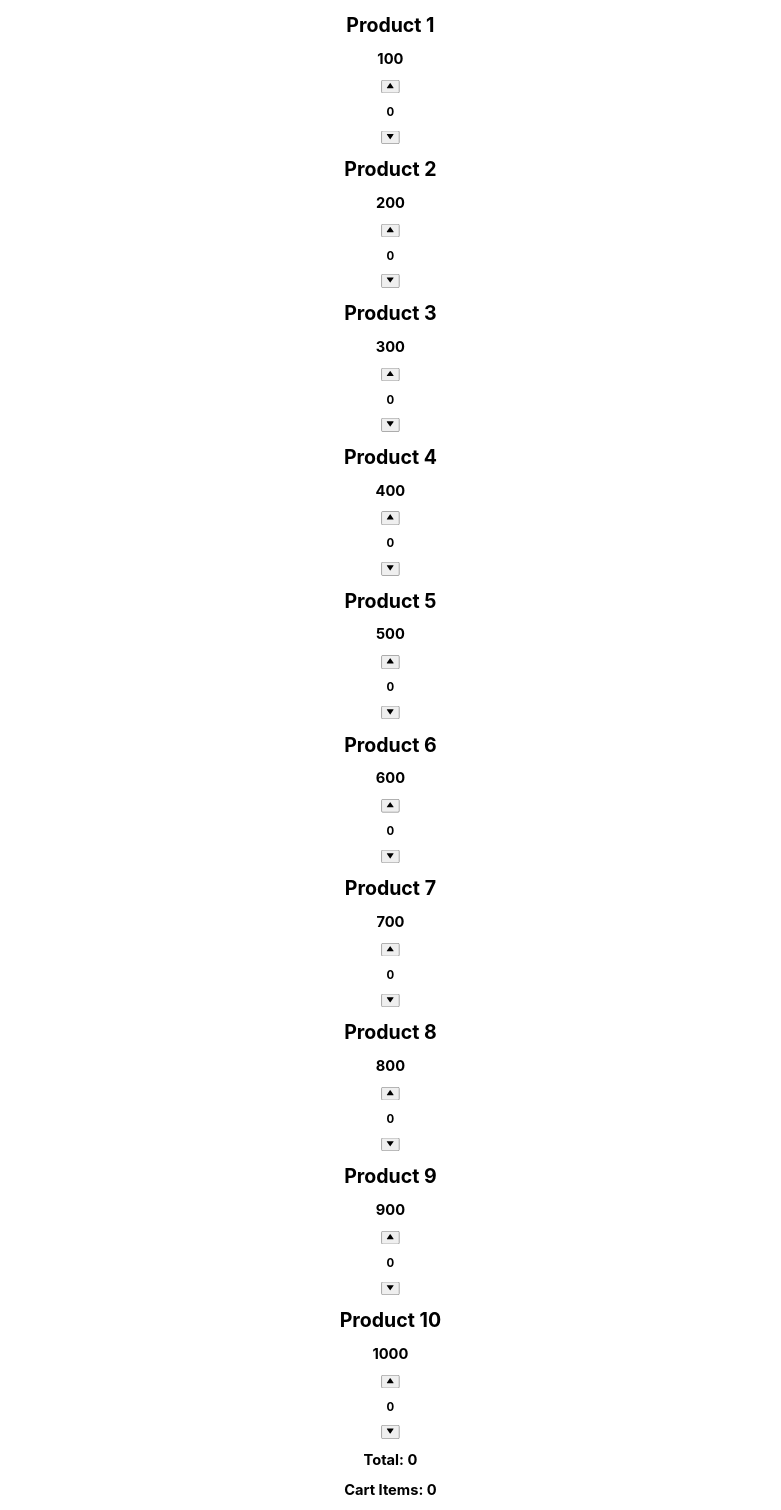
Repository: sriram1224/Cart-react-app
Page: /
An editor plug-in stored every save of this project. The page is shown before and after the next save, followed by the edit.
The browser window is 1280 px wide. The pictures show the whole page, at 61% of full size.
The project was rebuilt for these pictures with package versions that can differ from the ones it lists, and the page was loaded fresh each time.

Above is the page before, as saved 2024-03-12 16:34:32.

### src/App.js
import Nav from "./Components/Nav.js"
import './App.css';
import Cart from './Components/cart.js';
function App() {
  return (
    <div className="App">

      <Cart />
    </div>
  );
}

export default App;

### src/Components/cart.js
import React, { useState, useEffect } from "react";
import { BiSolidUpArrow, BiSolidDownArrow } from "react-icons/bi";

function Cart() {
    const [products, setProducts] = useState([
        { id: "1", name: "Product 1", price: 100, quantity: 0 },
        { id: "2", name: "Product 2", price: 200, quantity: 0 },
        { id: "3", name: "Product 3", price: 300, quantity: 0 },
        { id: "4", name: "Product 4", price: 400, quantity: 0 },
        { id: "5", name: "Product 5", price: 500, quantity: 0 },
        { id: "6", name: "Product 6", price: 600, quantity: 0 },
        { id: "7", name: "Product 7", price: 700, quantity: 0 },
        { id: "8", name: "Product 8", price: 800, quantity: 0 },
        { id: "9", name: "Product 9", price: 900, quantity: 0 },
        { id: "10", name: "Product 10", price: 1000, quantity: 0 }
    ]);

    const [total, setTotal] = useState(0);
    const [cartItems, setCartItems] = useState(0);

    useEffect(() => {
        let newCartItems = 0;
        products.forEach(product => {
            newCartItems += product.quantity;
        });
        setCartItems(newCartItems);
    }, [products]);

    const increaseQuantity = (index) => {
        const updatedProducts = [...products];
        updatedProducts[index].quantity++;
        setProducts(updatedProducts);
        updateTotal();
    };

    const decreaseQuantity = (index) => {
        const updatedProducts = [...products];
        if (updatedProducts[index].quantity > 0) {
            updatedProducts[index].quantity--;
            setProducts(updatedProducts);
            updateTotal();
        }
    };

    const updateTotal = () => {
        let newTotal = 0;
        products.forEach((product) => {
            newTotal += product.quantity * product.price;
        });
        setTotal(newTotal);
    };

    return (
        <div>
            {products.map((product, index) => {
                return (
                    <div key={index}>
                        <h1>{product.name}</h1>
                        <h2>{product.price}</h2>
                        <button onClick={() => increaseQuantity(index)}>
                            <BiSolidUpArrow />
                        </button>
                        <h3>{product.quantity}</h3>
                        <button onClick={() => decreaseQuantity(index)}>
                            <BiSolidDownArrow />
                        </button>
                    </div>
                );
            })}
            <h2>Total: {total}</h2>
            <h2>Cart Items: {cartItems}</h2>
        </div>
    );
}

export default Cart;

Loaded but not shown: public/index.html (common file); src/index.js (common file); src/index.css (common file); src/reportWebVitals.js (common file); src/App.css (common file); src/Components/Nav.js (no stored copy; drawn as an empty file)

After the next save:
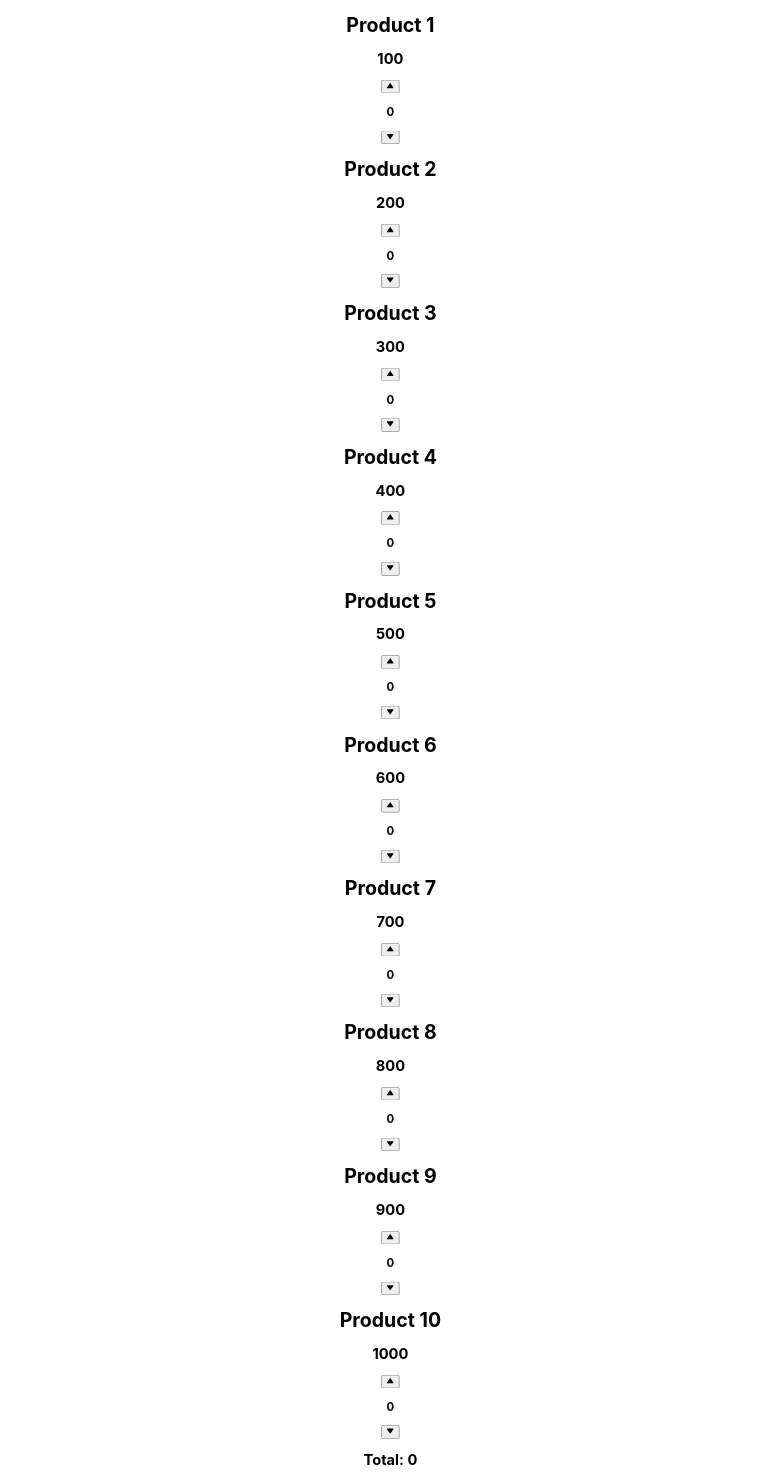
Saved 37 s later.
--- a/src/Components/cart.js
+++ b/src/Components/cart.js
@@ -68,7 +68,7 @@
                 );
             })}
             <h2>Total: {total}</h2>
-            <h2>Cart Items: {cartItems}</h2>
+
         </div>
     );
 }
